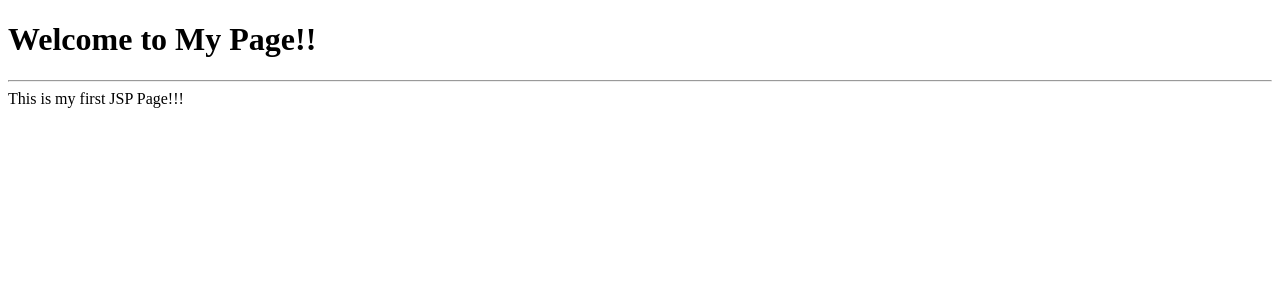
Repository: minjuleee/Server_study
Page: http://localhost/web/01_script_test.jsp
An editor plug-in stored every save of this project. The page is shown before and after the next save, followed by the edit.
The browser window is 1280 px wide. The pictures show the whole page.
The page is served by Tomcat 10. Other server files are loaded and not shown.

Above is the page before, as saved 2025-11-17 08:01:32.

### dev/web/src/main/webapp/01_script_test.jsp
<%@ page language="java" contentType="text/html; charset=UTF-8"
    pageEncoding="UTF-8"%>
<!DOCTYPE html>
<html>
<head>
<meta charset="UTF-8">
<title>Welcome</title>
</head>
<body>
	<h1>Welcome to My Page!!</h1>
	<hr>
	<!-- JSP declaration -->
	<%!
		int count = 10;
		String color = "yellowgreen";
		String makeLower(String str){
			return str.toLowerCase();
		}
	%>
	<!-- JSP scriptlet -->
	<%
		out.println("This is my first JSP Page!!!<br>");
		System.out.println("야 드디어 출력이 나온다!");
	%>
</body>
</html>

After the next save:
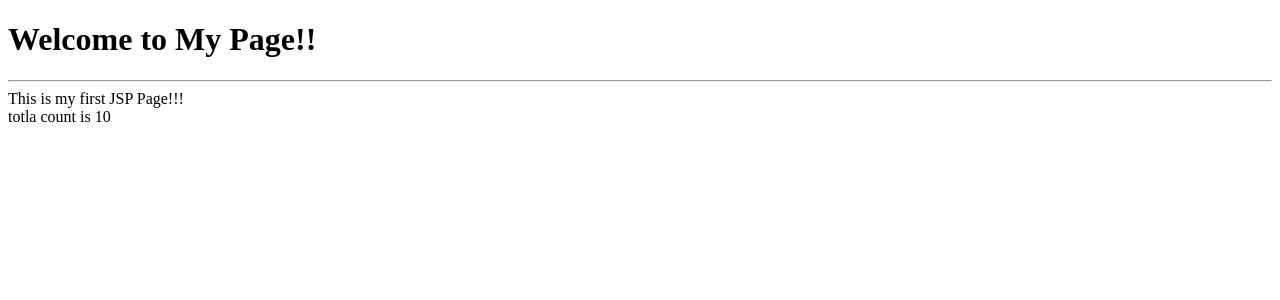
Saved 45 s later.
--- a/dev/web/src/main/webapp/01_script_test.jsp
+++ b/dev/web/src/main/webapp/01_script_test.jsp
@@ -21,6 +21,7 @@
 	<%
 		out.println("This is my first JSP Page!!!<br>");
 		System.out.println("야 드디어 출력이 나온다!");
+		out.println("totla count is " + count + "<br>");
 	%>
 </body>
 </html>
